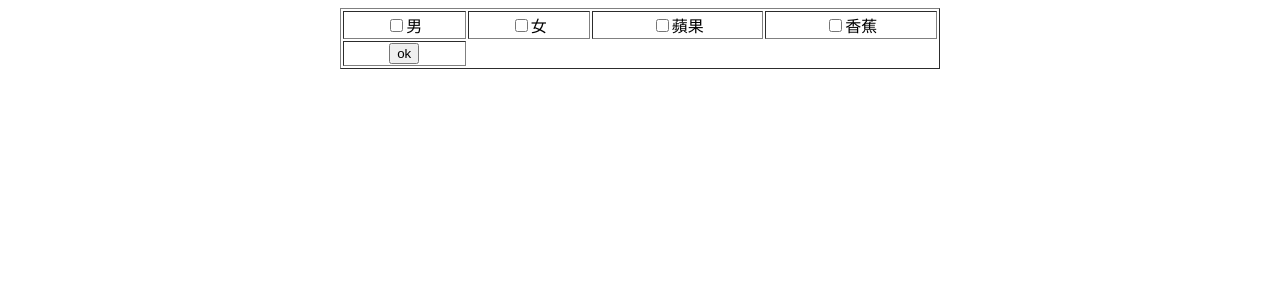
Repository: pride0420/portfolio
Page: Portfolio/1_springBoot/src/main/resources/static/textindex.html
The author's editor kept a copy of each file at every save. The page is drawn from the files as they stood at one save, then again after the next save.
The browser window is 1280 px wide. The pictures show the whole page.

Above is the page before, as saved 2023-11-26 05:49:39.

### Portfolio/1_springBoot/src/main/resources/static/textindex.html
<!DOCTYPE html>
<html>
<head>
<meta charset="UTF-8">
<title>Insert title here</title>
</head>
<body>
<form action="addtext" method="get">
	<table width=600 align="center" border="1">
		<tr align="center">
			<td><input type="checkbox" name="porder" value="man">男
			<td><input type="checkbox" name="porder" value="girle">女
			<td><input type="checkbox" name="porder" value="apple">蘋果
			<td><input type="checkbox" name="porder" value="banana">香蕉


		<tr align="center">
			<td><input type="submit" value="ok">

	</table>
</form>
</body>
</html>

After the next save:
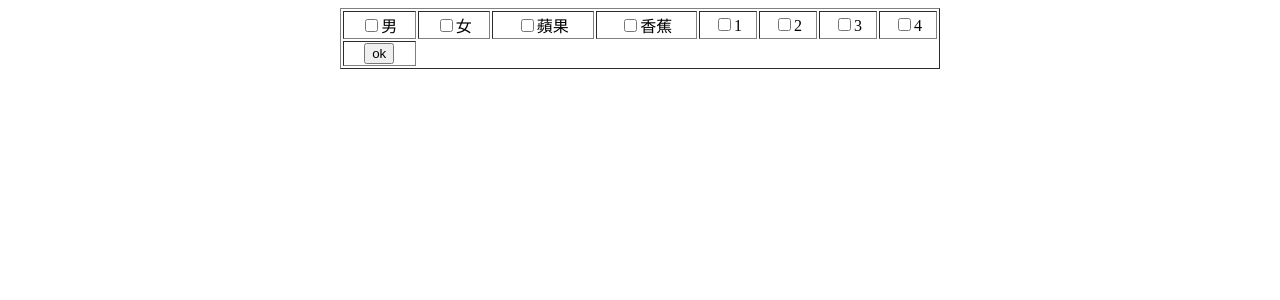
Saved 95 s later.
--- a/Portfolio/1_springBoot/src/main/resources/static/textindex.html
+++ b/Portfolio/1_springBoot/src/main/resources/static/textindex.html
@@ -12,6 +12,10 @@
 			<td><input type="checkbox" name="porder" value="girle">女
 			<td><input type="checkbox" name="porder" value="apple">蘋果
 			<td><input type="checkbox" name="porder" value="banana">香蕉
+			<td><input type="checkbox" name="munch" value="1">1
+			<td><input type="checkbox" name="munch" value="2">2
+			<td><input type="checkbox" name="munch" value="3">3
+			<td><input type="checkbox" name="munch" value="4">4
 
 
 		<tr align="center">
